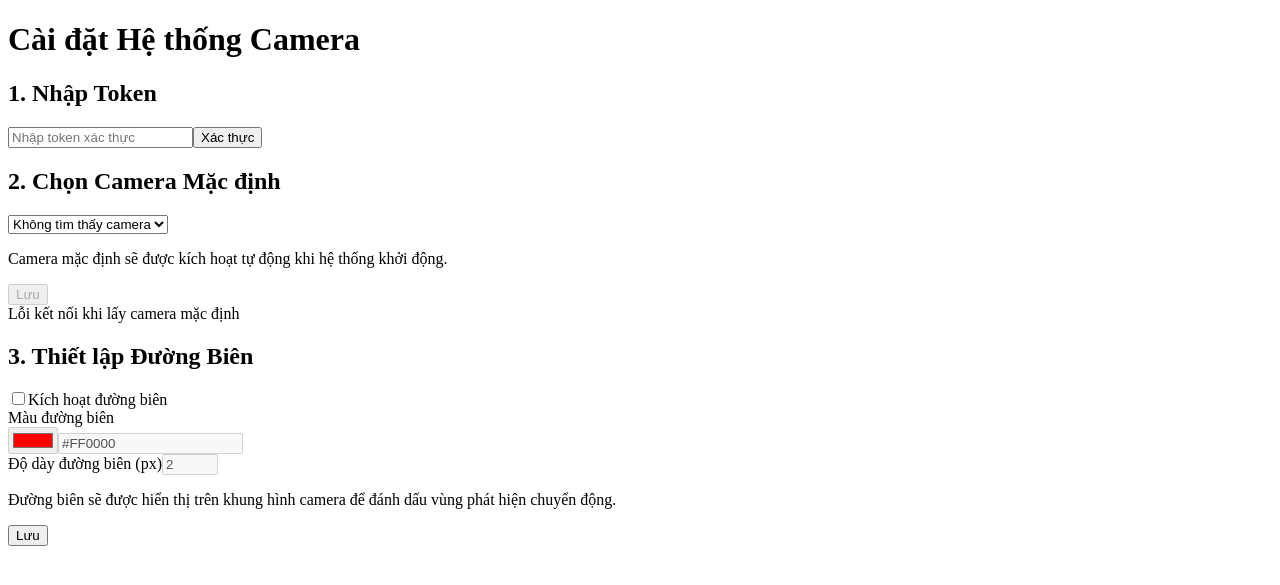
Repository: AzenKain/Traffic-Red-Light-Running-Violation-Detection
Page: /setting (app in client-web/client-web/)
These files come from the project's save history. The page is drawn as it stood at one moment and after a run of saves; the edit follows.
The browser window is 1280 px wide. The pictures show the whole page.
The page's requests for data from a server got no answer. The project was rebuilt for these pictures with package versions that can differ from the ones it lists, and the page was loaded fresh each time. The framework's server and built-in components were replaced by stand-ins that run in the browser. No one was signed in, and anything a server would have sent is missing.

Above is the page before, as saved 2025-03-23 01:57:45.

### client-web/client-web/src/app/setting/page.tsx
"use client";
import { useEffect, useState } from "react";

interface Camera {
  id: number;
  name: string;
}

export default function CameraSettings() {
  // Token state
  const [token, setToken] = useState<string>("");
  const [tokenStatus, setTokenStatus] = useState<string>("");
  const [isValidating, setIsValidating] = useState<boolean>(false);

  // Camera settings
  const [availableCameras, setAvailableCameras] = useState<Camera[]>([]);
  const [defaultCameraId, setDefaultCameraId] = useState<number>(0);
  const [isLoadingCameras, setIsLoadingCameras] = useState<boolean>(false);
  const [cameraStatus, setCameraStatus] = useState<string>("");

  // Boundary settings
  const [boundaryEnabled, setBoundaryEnabled] = useState<boolean>(false);
  const [boundaryColor, setBoundaryColor] = useState<string>("#FF0000");
  const [boundaryThickness, setBoundaryThickness] = useState<number>(2);
  const [boundaryStatus, setBoundaryStatus] = useState<string>("");

  // Fetch available cameras on component mount
  useEffect(() => {
    fetchAvailableCameras();
    fetchDefaultCamera()
  }, []);

  const validateToken = async () => {
    if (!token.trim()) {
      setTokenStatus("Token không được để trống");
      return;
    }

    setIsValidating(true);
    setTokenStatus("Đang xác thực token...");

    try {
      // Replace with your actual API endpoint
      const response = await fetch('http://localhost:8000/validate-token', {
        method: 'POST',
        headers: {
          'Content-Type': 'application/json'
        },
        body: JSON.stringify({ token })
      });

      if (response.ok) {
        setTokenStatus("Token hợp lệ");
      } else {
        setTokenStatus("Token không hợp lệ");
      }
    } catch (error) {
      console.error('Error validating token:', error);
      setTokenStatus("Lỗi kết nối đến máy chủ");
    } finally {
      setIsValidating(false);
    }
  };

  const fetchDefaultCamera = async () => {
    try {
      // Replace with your actual API endpoint
      const response = await fetch('http://localhost:8000/default-camera');

      if (response.ok) {
        const data = await response.json();
        setDefaultCameraId(Number(data.default_camera));
      }
    } catch (error) {
      console.error('Error fetching cameras:', error);
      setCameraStatus("Lỗi kết nối khi lấy camera mặc định");
    }
  };

  const fetchAvailableCameras = async () => {
    setIsLoadingCameras(true);
    setCameraStatus("Đang tải danh sách camera...");

    try {
      // Replace with your actual API endpoint
      const response = await fetch('http://localhost:8000/available-cameras');

      if (response.ok) {
        const data = await response.json();
        // Convert the data to the expected format
        const cameras = data.available_cameras.map((id: number) => ({
          id,
          name: `Camera ${id}`
        }));

        setAvailableCameras(cameras);

        // If cameras are available, set the first one as default
        if (cameras.length > 0) {
          setDefaultCameraId(cameras[0].id);
          setCameraStatus(`Đã tìm thấy ${cameras.length} camera`);
        } else {
          setCameraStatus("Không tìm thấy camera nào");
        }
      } else {
        setCameraStatus("Không thể tải danh sách camera");
      }
    } catch (error) {
      console.error('Error fetching cameras:', error);
      setCameraStatus("Lỗi kết nối khi tải danh sách camera");
    } finally {
      setIsLoadingCameras(false);
    }
  };

  const saveDefaultCamera = async () => {
    setCameraStatus("Đang lưu cài đặt camera mặc định...");

    try {
      // Replace with your actual API endpoint
      const response = await fetch('http://localhost:8000/save-default-camera', {
        method: 'POST',
        headers: {
          'Content-Type': 'application/json'
        },
        body: JSON.stringify({ camera_id: defaultCameraId })
      });

      if (response.ok) {
        setCameraStatus("Đã lưu camera mặc định thành công");
      } else {
        setCameraStatus("Không thể lưu cài đặt camera mặc định");
      }
    } catch (error) {
      console.error('Error saving default camera:', error);
      setCameraStatus("Lỗi kết nối khi lưu cài đặt camera");
    }
  };

  const saveBoundarySettings = async () => {
    setBoundaryStatus("Đang lưu cài đặt đường biên...");

    try {
      // Replace with your actual API endpoint
      const response = await fetch('http://localhost:8000/save-boundary', {
        method: 'POST',
        headers: {
          'Content-Type': 'application/json'
        },
        body: JSON.stringify({
          enabled: boundaryEnabled,
          color: boundaryColor,
          thickness: boundaryThickness
        })
      });

      if (response.ok) {
        setBoundaryStatus("Đã lưu cài đặt đường biên thành công");
      } else {
        setBoundaryStatus("Không thể lưu cài đặt đường biên");
      }
    } catch (error) {
      console.error('Error saving boundary settings:', error);
      setBoundaryStatus("Lỗi kết nối khi lưu cài đặt đường biên");
    }
  };

  return (
    <div className="container mx-auto p-4 max-w-3xl">
      <div className="bg-white shadow-md rounded-lg overflow-hidden">
        <div className="p-6">
          <h1 className="text-2xl font-bold text-center mb-6">Cài đặt Hệ thống Camera</h1>

          {/* Section 1: Token Input */}
          <div className="mb-6 p-4 border border-gray-200 rounded-md">
            <h2 className="text-lg font-semibold mb-3">1. Nhập Token</h2>
            <div className="flex flex-wrap gap-2">
              <input
                type="password"
                className="flex-1 min-w-64 p-2 border border-gray-300 rounded-md"
                placeholder="Nhập token xác thực"
                value={token}
                onChange={(e) => setToken(e.target.value)}
                disabled={isValidating}
              />
              <button
                className="px-4 py-2 bg-blue-500 text-white rounded-md hover:bg-blue-600"
                onClick={validateToken}
                disabled={isValidating}
              >
                {isValidating ? (
                  <>
                    <span className="inline-block animate-spin mr-2">↻</span>
                    Đang xác thực
                  </>
                ) : (
                  <>Xác thực</>
                )}
              </button>
            </div>
            {tokenStatus && (
              <div className={`mt-2 p-2 rounded-md text-sm ${
                tokenStatus.includes("hợp lệ") ? 'bg-green-100 text-green-800' :
                tokenStatus.includes("không") ? 'bg-red-100 text-red-800' :
                'bg-blue-100 text-blue-800'
              }`}>
                {tokenStatus}
              </div>
            )}
          </div>

          {/* Section 2: Default Camera Selection */}
          <div className="mb-6 p-4 border border-gray-200 rounded-md">
            <h2 className="text-lg font-semibold mb-3">2. Chọn Camera Mặc định</h2>
            <div className="mb-2">
              <select
                className="w-full p-2 border border-gray-300 rounded-md"
                value={defaultCameraId}
                onChange={(e) => setDefaultCameraId(Number(e.target.value))}
                disabled={isLoadingCameras}
              >
                {isLoadingCameras ? (
                  <option value="">Đang tải danh sách camera...</option>
                ) : availableCameras.length === 0 ? (
                  <option value="">Không tìm thấy camera</option>
                ) : (
                  <>
                    <option value="">Chọn camera mặc định</option>
                    {availableCameras.map(camera => (
                      <option key={camera.id} value={camera.id}>
                        {camera.name}
                      </option>
                    ))}
                  </>
                )}
              </select>
            </div>

            <div className="flex justify-between items-center mt-3">
              <p className="text-sm text-gray-600">
                Camera mặc định sẽ được kích hoạt tự động khi hệ thống khởi động.
              </p>
              <button
                className="px-4 py-2 bg-blue-500 text-white rounded-md hover:bg-blue-600"
                onClick={saveDefaultCamera}
                disabled={isLoadingCameras || defaultCameraId === 0}
              >
                Lưu
              </button>
            </div>

            {cameraStatus && (
              <div className={`mt-2 p-2 rounded-md text-sm ${
                cameraStatus.includes("thành công") ? 'bg-green-100 text-green-800' :
                cameraStatus.includes("Không") || cameraStatus.includes("Lỗi") ? 'bg-red-100 text-red-800' :
                'bg-blue-100 text-blue-800'
              }`}>
                {cameraStatus}
              </div>
            )}
          </div>

          {/* Section 3: Boundary Settings */}
          <div className="mb-6 p-4 border border-gray-200 rounded-md">
            <h2 className="text-lg font-semibold mb-3">3. Thiết lập Đường Biên</h2>

            <div className="mb-3">
              <div className="flex items-center">
                <input
                  type="checkbox"
                  id="boundaryEnabled"
                  className="mr-2 h-4 w-4"
                  checked={boundaryEnabled}
                  onChange={(e) => setBoundaryEnabled(e.target.checked)}
                />
                <label htmlFor="boundaryEnabled" className="text-gray-800">
                  Kích hoạt đường biên
                </label>
              </div>
            </div>

            <div className="grid grid-cols-1 md:grid-cols-2 gap-4">
              <div>
                <label className="block text-sm font-medium text-gray-700 mb-1">
                  Màu đường biên
                </label>
                <div className="flex gap-2">
                  <input
                    type="color"
                    className="h-10 w-10 border border-gray-300 rounded"
                    value={boundaryColor}
                    onChange={(e) => setBoundaryColor(e.target.value)}
                    disabled={!boundaryEnabled}
                  />
                  <input
                    type="text"
                    className="flex-1 p-2 border border-gray-300 rounded-md"
                    value={boundaryColor}
                    onChange={(e) => setBoundaryColor(e.target.value)}
                    disabled={!boundaryEnabled}
                  />
                </div>
              </div>

              <div>
                <label className="block text-sm font-medium text-gray-700 mb-1">
                  Độ dày đường biên (px)
                </label>
                <input
                  type="number"
                  min="1"
                  max="10"
                  className="w-full p-2 border border-gray-300 rounded-md"
                  value={boundaryThickness}
                  onChange={(e) => setBoundaryThickness(Number(e.target.value))}
                  disabled={!boundaryEnabled}
                />
              </div>
            </div>

            <div className="flex justify-between items-center mt-3">
              <p className="text-sm text-gray-600">
                Đường biên sẽ được hiển thị trên khung hình camera để đánh dấu vùng phát hiện chuyển động.
              </p>
              <button
                className="px-4 py-2 bg-blue-500 text-white rounded-md hover:bg-blue-600"
                onClick={saveBoundarySettings}
              >
                Lưu
              </button>
            </div>

            {boundaryStatus && (
              <div className={`mt-2 p-2 rounded-md text-sm ${
                boundaryStatus.includes("thành công") ? 'bg-green-100 text-green-800' :
                boundaryStatus.includes("Không") || boundaryStatus.includes("Lỗi") ? 'bg-red-100 text-red-800' :
                'bg-blue-100 text-blue-800'
              }`}>
                {boundaryStatus}
              </div>
            )}
          </div>
        </div>
      </div>
    </div>
  );
}

After the next 3 saves:
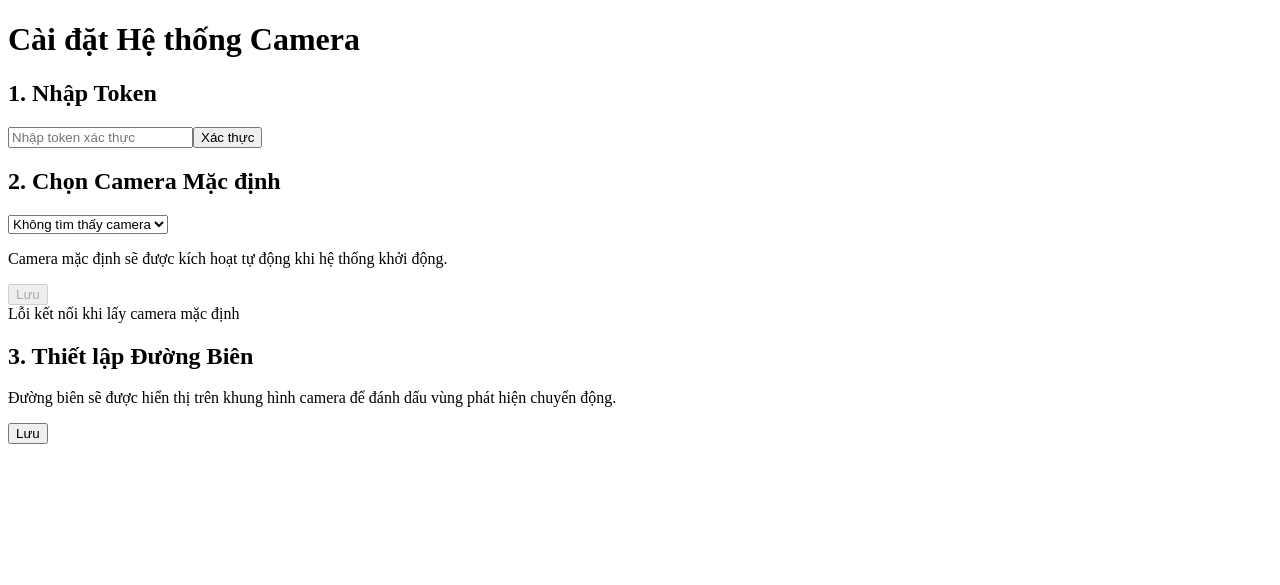
The 3 saves are shown as one change because 2 did not build or start.
The last was saved 24 min 47 s later.
--- a/client-web/client-web/src/app/setting/page.tsx
+++ b/client-web/client-web/src/app/setting/page.tsx
@@ -18,11 +18,6 @@ export default function CameraSettings() {
   const [isLoadingCameras, setIsLoadingCameras] = useState<boolean>(false);
   const [cameraStatus, setCameraStatus] = useState<string>("");
 
-  // Boundary settings
-  const [boundaryEnabled, setBoundaryEnabled] = useState<boolean>(false);
-  const [boundaryColor, setBoundaryColor] = useState<string>("#FF0000");
-  const [boundaryThickness, setBoundaryThickness] = useState<number>(2);
-  const [boundaryStatus, setBoundaryStatus] = useState<string>("");
 
   // Fetch available cameras on component mount
   useEffect(() => {
@@ -264,59 +259,7 @@ export default function CameraSettings() {
           <div className="mb-6 p-4 border border-gray-200 rounded-md">
             <h2 className="text-lg font-semibold mb-3">3. Thiết lập Đường Biên</h2>
 
-            <div className="mb-3">
-              <div className="flex items-center">
-                <input
-                  type="checkbox"
-                  id="boundaryEnabled"
-                  className="mr-2 h-4 w-4"
-                  checked={boundaryEnabled}
-                  onChange={(e) => setBoundaryEnabled(e.target.checked)}
-                />
-                <label htmlFor="boundaryEnabled" className="text-gray-800">
-                  Kích hoạt đường biên
-                </label>
-              </div>
-            </div>
-
-            <div className="grid grid-cols-1 md:grid-cols-2 gap-4">
-              <div>
-                <label className="block text-sm font-medium text-gray-700 mb-1">
-                  Màu đường biên
-                </label>
-                <div className="flex gap-2">
-                  <input
-                    type="color"
-                    className="h-10 w-10 border border-gray-300 rounded"
-                    value={boundaryColor}
-                    onChange={(e) => setBoundaryColor(e.target.value)}
-                    disabled={!boundaryEnabled}
-                  />
-                  <input
-                    type="text"
-                    className="flex-1 p-2 border border-gray-300 rounded-md"
-                    value={boundaryColor}
-                    onChange={(e) => setBoundaryColor(e.target.value)}
-                    disabled={!boundaryEnabled}
-                  />
-                </div>
-              </div>
-
-              <div>
-                <label className="block text-sm font-medium text-gray-700 mb-1">
-                  Độ dày đường biên (px)
-                </label>
-                <input
-                  type="number"
-                  min="1"
-                  max="10"
-                  className="w-full p-2 border border-gray-300 rounded-md"
-                  value={boundaryThickness}
-                  onChange={(e) => setBoundaryThickness(Number(e.target.value))}
-                  disabled={!boundaryEnabled}
-                />
-              </div>
-            </div>
+
 
             <div className="flex justify-between items-center mt-3">
               <p className="text-sm text-gray-600">
@@ -330,15 +273,7 @@ export default function CameraSettings() {
               </button>
             </div>
 
-            {boundaryStatus && (
-              <div className={`mt-2 p-2 rounded-md text-sm ${
-                boundaryStatus.includes("thành công") ? 'bg-green-100 text-green-800' :
-                boundaryStatus.includes("Không") || boundaryStatus.includes("Lỗi") ? 'bg-red-100 text-red-800' :
-                'bg-blue-100 text-blue-800'
-              }`}>
-                {boundaryStatus}
-              </div>
-            )}
+
           </div>
         </div>
       </div>
